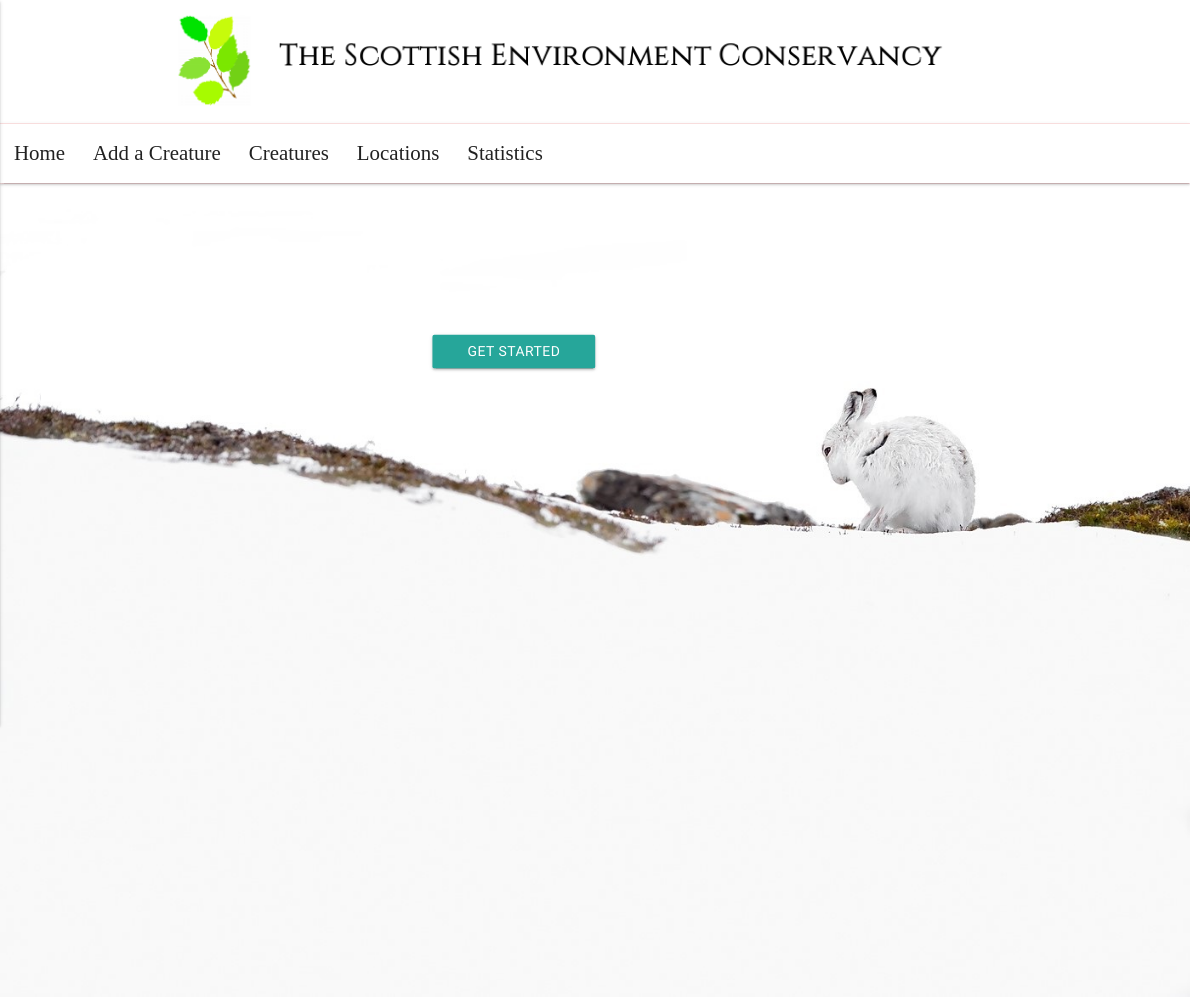
Repository: TaylorD1982/creature-sightings
Page: http://localhost/
The author's editor kept a record of every edit. The page is drawn from the files as they stood at one moment, then again after the next edit.
The browser window is 1280 px wide. The pictures show the whole page, at 93% of full size.
Some web libraries are served in a nearby version. The page is served by the project's application, run on Flask 3 (app.py). Queries for data that is not in the repository find no rows.

Above is the page before.
Console error: TypeError: Cannot read properties of null (reading 'addEventListener')

### templates/creatures.html
{% extends 'base.html'%} {% block content %}

<div id="wrapper">
    <img src="static/images/hare1.jpg" width="100%" class="banner">

    <button class="btn waves-effect waves-light button3" type="submit" name="action">Get started
        <i class="material-icons right">
            <a href="{{url_for('add_creature')}}"></a>
        </i>
    </button>
</div>

{% endblock %}

### templates/base.html
<!DOCTYPE html>
<html>

<head>
    <link href="https://fonts.googleapis.com/icon?family=Material+Icons" rel="stylesheet">
    <link rel="stylesheet" href="https://cdnjs.cloudflare.com/ajax/libs/materialize/0.100.2/css/materialize.min.css">
    <link rel="stylesheet" href="{{url_for('static', filename='css/style.css')}}" type="text/css" />
    <link href="https://fonts.googleapis.com/css?family=Nanum+Myeongjo&display=swap" rel="stylesheet">
</head>

<body>
    <header>
        <container>
            <img href="{{url_for('get_creatures')}}" class="brand-logo" src="static/images/banner.png" width="100%">
        </container>
        <nav>
            <div class="nav-wrapper">
                <a href="#" data-activates="mobile-demo" class="button-collapse"><i class="material-icons">menu</i></a>
                <ul id="nav-mobile" class="left hide-on-med-and-down">
                    <li><a href="{{url_for('get_creatures')}}">Home</a></li>
                    <li><a href="{{url_for('add_creature')}}">Add a Creature</a></li>
                    <li><a href="{{url_for('creature')}}">Creatures</a></li>
                    <li><a href="{{url_for('location')}}">Locations</a></li>
                    <li><a href="{{url_for('statistics')}}">Statistics</a></li>
                </ul>
                <ul class="side-nav" id="mobile-demo">
                    <li><a href="{{url_for('get_creatures')}}">Home</a></li>
                    <li><a href="{{url_for('add_creature')}}">Add a Creature</a></li>
                    <li><a href="{{url_for('creature')}}">Creatures</a></li>
                    <li><a href="{{url_for('location')}}">Locations</a></li>
                    <li><a href="{{url_for('statistics')}}">Statistics</a></li>
                </ul>
            </div>
        </nav>
        <br>
    </header>
        {% block content %} {% endblock %}
    <script src="https://cdnjs.cloudflare.com/ajax/libs/jquery/3.2.1/jquery.min.js"></script>
    <script src="https://cdnjs.cloudflare.com/ajax/libs/materialize/0.100.2/js/materialize.min.js"></script>
    <script type="text/javascript">
        $(document).ready(function() {
            $('.collapsible').collapsible();
            $('select').material_select();
            $(".button-collapse").sideNav();
            $('.modal').modal();
        });
        $('.datepicker').pickadate({
            selectMonths: true, // Creates a dropdown to control month
            selectYears: 15, // Creates a dropdown of 15 years to control year,
            today: 'Today',
            clear: 'Clear',
            close: 'Ok',
            closeOnSelect: false // Close upon selecting a date,
        });
        document.getElementById("matfix").addEventListener("click", function(e) { e.stopPropagation(); });
    </script>
</body>

</html>

### app.py
import os
from flask import Flask, render_template, redirect, request, url_for
from flask_pymongo import PyMongo
from bson.objectid import ObjectId

app = Flask(__name__)
app.config["MONGO_DBNAME"] = 'creature_sightings'
app.config["MONGO_URI"] = 'mongodb+srv://root:Sweden123@myfirstcluster-8eedf.mongodb.net/creature_sightings?retryWrites=true&w=majority'

mongo = PyMongo(app)

@app.route('/')

@app.route('/get_creatures')
def get_creatures():
    return render_template("creatures.html",
                           creatures=mongo.db.creatures.find())

@app.route('/add_creature')
def add_creature():
    return render_template('addcreature.html',
                           locations=mongo.db.locations.find())

@app.route('/creatures_list')
def creature():
    return render_template('creatures_list.html',
                           locations=mongo.db.locations.find())

@app.route('/location')
def location():
    return render_template('location.html')

@app.route('/statistics')
def statistics():
    return render_template('statistics.html',
                           creatures=mongo.db.creatures.find())

@app.route('/insert_creature', methods=['POST'])
def insert_creature():
    creatures =  mongo.db.creatures
    creatures.insert_one(request.form.to_dict())
    return redirect(url_for('get_creatures'))


@app.route('/edit_creature/<creature_id>')
def edit_creature(creature_id):
    the_creature =  mongo.db.creatures.find_one({"_id": ObjectId(creature_id)})
    all_locations =  mongo.db.locations.find()
    return render_template('editcreature.html', creature=the_creature,
                           locations=all_locations)


@app.route('/update_creature/<creature_id>', methods=["POST"])
def update_creature(creature_id):
    creatures = mongo.db.creatures
    creatures.update( {'_id': ObjectId(creature_id)},
    {
        'creature_name':request.form.get('creature_name'),
        'location_name':request.form.get('location_name'),
        'creature_description': request.form.get('creature_description'),
        'due_date': request.form.get('due_date'),
        'is_urgent':request.form.get('is_urgent')
    })
    return redirect(url_for('get_creatures'))

"""

@app.route('/delete_creature/<creature_id>')
def delete_creature(creature_id):
    mongo.db.creatures.remove({'_id': ObjectId(creature_id)})
    return redirect(url_for('get_creatures'))

@app.route('/get_locations')
def get_locations():
    return render_template('locations.html',
                           locations=mongo.db.locations.find())

@app.route('/edit_location/<location_id>')
def edit_location(location_id):
    return render_template('editlocation.html',
                           location=mongo.db.locations.find_one(
                           {'_id': ObjectId(location_id)}))

@app.route('/update_location/<location_id>', methods=['POST'])
def update_location(location_id):
    mongo.db.locations.update(
        {'_id': ObjectId(location_id)},
        {'location_name': request.form.get('location_name')})
    return redirect(url_for('get_locations'))

@app.route('/delete_location/<location_id>')
def delete_location(location_id):
    mongo.db.locations.remove({'_id': ObjectId(location_id)})
    return redirect(url_for('get_locations'))

@app.route('/insert_location', methods=['POST'])
def insert_location():
    location_doc = {'location_name': request.form.get('location_name')}
    mongo.db.locations.insert_one(location_doc)
    return redirect(url_for('get_locations'))

"""

if __name__ == '__main__':
    app.run(host=os.environ.get('IP'),
            port=int(os.environ.get('PORT')),
            debug=True)

### static/css/style.css
.btn_small {
    height: 24px;
    width: 60px;
    line-height: 24px;
    margin: 5px 5px;
    padding: 0 0.5em;
}

.task_header {
    margin-top: 5px;
}

.row .col {
    padding: 0 .0rem;
}

/* modals */

.modal-trigger img {

    -moz-transition: all 0.2s;
    -webkit-transition: all 0.2s;
    transition: all 0.2s;
}

.modal-trigger:hover img {
    -moz-transform: scale(1.03);
    -webkit-transform: scale(1.03);
    transform: scale(1.03);
}

.imagewrap {
    display:inline-block;
    position:relative;

}

.button3 {
    position:absolute;
    right:50%;top:50%;

/* navbar */

}

.nav-wrapper {
    background-color: white;
}

nav ul a {
    -webkit-transition: background-color .3s;
    transition: background-color .3s;
    font-size: 1.5rem;
    color: rgba(0,0,0,0.87);
    display: block;
    padding: 0 15px;
    cursor: pointer;
    font-family: 'Luckiest Guy', cursive;
}

/* font on locations page */

.header {
    font-family: 'Luckiest Guy', cursive;
}

/* scroll behaviour */

 html {
  scroll-behavior: smooth;
 }

/* fade on hover creature immages */


.container {
  position: relative;
  width: 50%;
}

.image {
  opacity: 1;
  display: block;
  width: 100%;
  height: auto;
  transition: .5s ease;
  backface-visibility: hidden;
}

.middle {
  transition: .5s ease;
  opacity: 0;
  position: absolute;
  top: 50%;
  left: 50%;
  transform: translate(-50%, -50%);
  -ms-transform: translate(-50%, -50%);
  text-align: center;
}

.container:hover .image {
  opacity: 0.3;
}

.container:hover .middle {
  opacity: 1;
}



.text {
  color: #4C9900;
  font-size: 50px;
  padding: 16px 32px;
  font-family: 'Luckiest Guy', cursive;
}

#wrapper, img{
    width:100%;
    height: 100%;
}

.animals {
    margin-left: 50px;
    margin-right: 50px;
}

After the next edit:
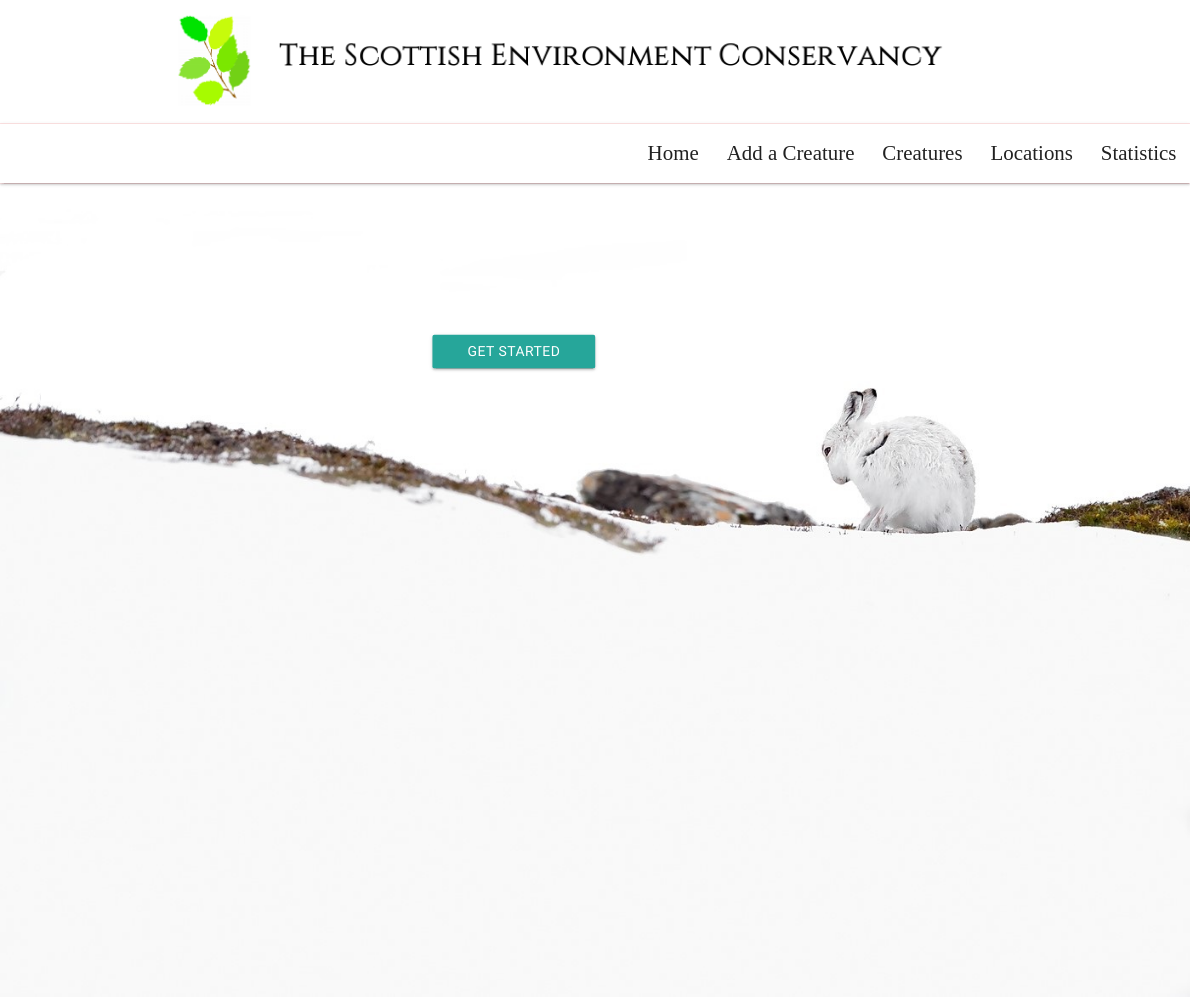
The edit:
--- a/templates/base.html
+++ b/templates/base.html
@@ -15,8 +15,8 @@
         </container>
         <nav>
             <div class="nav-wrapper">
-                <a href="#" data-activates="mobile-demo" class="button-collapse"><i class="material-icons">menu</i></a>
-                <ul id="nav-mobile" class="left hide-on-med-and-down">
+                <a href="#" class="brand-logo">Logo</a>
+                <ul id="nav-mobile" class="right hide-on-med-and-down">
                     <li><a href="{{url_for('get_creatures')}}">Home</a></li>
                     <li><a href="{{url_for('add_creature')}}">Add a Creature</a></li>
                     <li><a href="{{url_for('creature')}}">Creatures</a></li>
